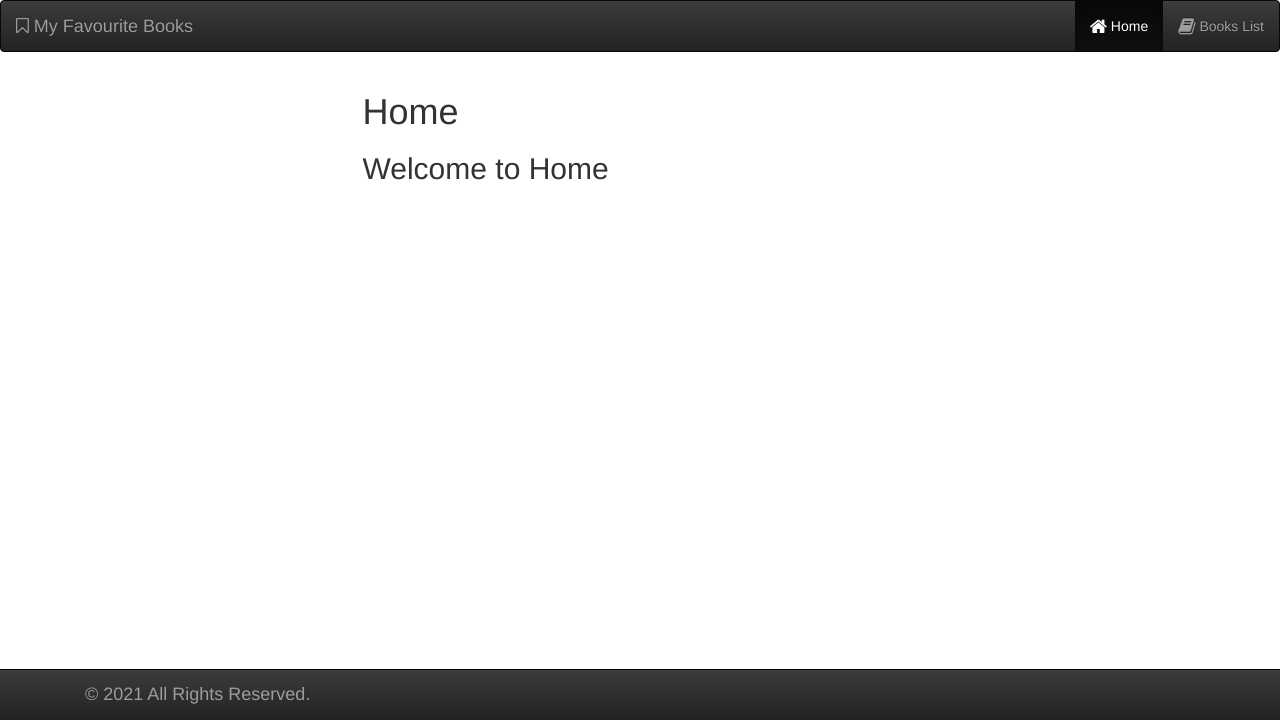
Repository: Ann8002/COMP229-F2021-MidTerm
Page: http://localhost/
An editor plug-in stored every save of this project. The page is shown before and after the next save, followed by the edit.
The browser window is 1280 px wide. The pictures show the whole page.
The page is served by the project's Node server (server.js). Other server files are loaded and not shown.

Above is the page before, as saved 2021-06-21 09:41:12.

### server/views/content/index.ejs
<%- include('../partials/header.ejs'); %>

    <!-- MAIN CONTENT -->
    <div class="container">
      <div class="row">
        <div class="col-md-offset-3 col-md-6">
          <h1><%= title %></h1>
            <h2>Welcome to <%= title %></h2>
        </div>
      </div>
    </div>

<%- include('../partials/footer.ejs'); %>

### server/views/partials/header.ejs
<!DOCTYPE html>
<html lang="en">
  <head>
    <meta charset="utf-8">
    <meta name="viewport" content="width=device-width, initial-scale=1">
    <title><%= title %></title>
    <!-- CSS SECTION -->
    <link rel="stylesheet" href="/Scripts/lib/bootstrap/dist/css/bootstrap.min.css">
    <link rel="stylesheet" href="/Scripts/lib/bootstrap/dist/css/bootstrap-theme.min.css">
    <link rel="stylesheet" href="/Scripts/lib/font-awesome/css/font-awesome.min.css">
    <link rel='stylesheet' href='/Content/app.css' />
  </head>
  <body>

  <nav class="navbar navbar-inverse" role="navigation">
    <!-- Brand and toggle get grouped for better mobile display -->
    <div class="navbar-header">
      <button type="button" class="navbar-toggle" data-toggle="collapse" data-target=".navbar-ex1-collapse">
        <span class="sr-only">Toggle navigation</span>
        <span class="icon-bar"></span>
        <span class="icon-bar"></span>
        <span class="icon-bar"></span>
      </button>
      <a class="navbar-brand" href="/"><i class="fa fa-bookmark-o"></i> My Favourite Books</a>
    </div>

    <!-- Collect the nav links, forms, and other content for toggling -->
    <div class="collapse navbar-collapse navbar-ex1-collapse">
      <ul class="nav navbar-nav navbar-right">
        <% if(title == "Home") { %>
          <li class="active"><a href="/"><i class="fa fa-home fa-lg"></i> Home</a></li>
        <% } else { %>
          <li><a href="/"><i class="fa fa-home fa-lg"></i> Home</a></li>
        <% } %>

          <% if(title == "books") { %>
          <li class="active"><a href="/books"><i class="fa fa-book fa-lg">
          </i> Books List</a></li>
          <% } else { %>
            <li><a href="/books"><i class="fa fa-book fa-lg">
            </i> Books List</a></li>
          <% } %>

      </ul>
    </div><!-- /.navbar-collapse -->
  </nav>

### server/views/partials/footer.ejs

<nav class="navbar navbar-inverse navbar-fixed-bottom">
  <div class="container">
    <h4  class="navbar-text">&copy; 2021 All Rights Reserved.</h4>
  </div>
</nav>



<!-- JAVASCRIPT SECTION -->
    <script src="/Scripts/lib/jquery/dist/jquery.min.js"></script>
    <script src="/Scripts/lib/bootstrap/dist/js/bootstrap.min.js"></script>
    <script src="/Scripts/app.js"></script>
  </body>
</html>

### server.js
let app = require('./server/config/app');
let debug = require('debug')('comp308-w2019-midterm:server');
let http = require('http');

/**
 * Get port from environment and store in Express.
 */

let port = normalizePort(process.env.PORT || '3000');
app.set('port', port);

/**
 * Create HTTP server.
 */

let server = http.createServer(app);

/**
 * Listen on provided port, on all network interfaces.
 */

server.listen(port);
server.on('error', onError);
server.on('listening', onListening);

/**
 * Normalize a port into a number, string, or false.
 */

function normalizePort(val) {
  let port = parseInt(val, 10);

  if (isNaN(port)) {
    // named pipe
    return val;
  }

  if (port >= 0) {
    // port number
    return port;
  }

  return false;
}

/**
 * Event listener for HTTP server "error" event.
 */

function onError(error) {
  if (error.syscall !== 'listen') {
    throw error;
  }

  let bind = typeof port === 'string'
    ? 'Pipe ' + port
    : 'Port ' + port;

  // handle specific listen errors with friendly messages
  switch (error.code) {
    case 'EACCES':
      console.error(bind + ' requires elevated privileges');
      process.exit(1);
      break;
    case 'EADDRINUSE':
      console.error(bind + ' is already in use');
      process.exit(1);
      break;
    default:
      throw error;
  }
}

/**
 * Event listener for HTTP server "listening" event.
 */

function onListening() {
  let addr = server.address();
  let bind = typeof addr === 'string'
    ? 'pipe ' + addr
    : 'port ' + addr.port;
  debug('Listening on ' + bind);
}

### client/Scripts/app.js
/* custom JS goes here */

/* pagination code from http://www.bootply.com/lxa0FF9yhw */
$.fn.pageMe = function(opts){
    var $this = this,
        defaults = {
            perPage: 7,
            showPrevNext: false,
            hidePageNumbers: false
        },
        settings = $.extend(defaults, opts);

    var listElement = $this;
    var perPage = settings.perPage;
    var children = listElement.children();
    var pager = $('.pager');

    if (typeof settings.childSelector!="undefined") {
        children = listElement.find(settings.childSelector);
    }

    if (typeof settings.pagerSelector!="undefined") {
        pager = $(settings.pagerSelector);
    }

    var numItems = children.size();
    var numPages = Math.ceil(numItems/perPage);

    pager.data("curr",0);

    if (settings.showPrevNext){
        $('<li><a href="#" class="prev_link">«</a></li>').appendTo(pager);
    }

    var curr = 0;
    while(numPages > curr && (settings.hidePageNumbers==false)){
        $('<li><a href="#" class="page_link">'+(curr+1)+'</a></li>').appendTo(pager);
        curr++;
    }

    if (settings.showPrevNext){
        $('<li><a href="#" class="next_link">»</a></li>').appendTo(pager);
    }

    pager.find('.page_link:first').addClass('active');
    pager.find('.prev_link').hide();
    if (numPages<=1) {
        pager.find('.next_link').hide();
    }
  	pager.children().eq(1).addClass("active");

    children.hide();
    children.slice(0, perPage).show();

    pager.find('li .page_link').click(function(){
        var clickedPage = $(this).html().valueOf()-1;
        goTo(clickedPage,perPage);
        return false;
    });
    pager.find('li .prev_link').click(function(){
        previous();
        return false;
    });
    pager.find('li .next_link').click(function(){
        next();
        return false;
    });

    function previous(){
        var goToPage = parseInt(pager.data("curr")) - 1;
        goTo(goToPage);
    }

    function next(){
        goToPage = parseInt(pager.data("curr")) + 1;
        goTo(goToPage);
    }

    function goTo(page){
        var startAt = page * perPage,
            endOn = startAt + perPage;

        children.css('display','none').slice(startAt, endOn).show();

        if (page>=1) {
            pager.find('.prev_link').show();
        }
        else {
            pager.find('.prev_link').hide();
        }

        if (page<(numPages-1)) {
            pager.find('.next_link').show();
        }
        else {
            pager.find('.next_link').hide();
        }

        pager.data("curr",page);
      	pager.children().removeClass("active");
        pager.children().eq(page+1).addClass("active");

    }
};

// IIFE
(function(){
  $(".btn-danger").click(function(event){
    if(!confirm("Are you sure?")) {
      event.preventDefault();
      window.location.assign("/games");
    }
  });

 /* pagination code */
  $('#myTable').pageMe(
    {pagerSelector:'#myPager',showPrevNext:true,hidePageNumbers:false,perPage:6}
    );
})();

Loaded but not shown: server/routes/index.js (common file); client/Scripts/lib/bootstrap/dist/css/bootstrap.min.css (library); client/Scripts/lib/bootstrap/dist/css/bootstrap-theme.min.css (library); client/Scripts/lib/font-awesome/css/font-awesome.min.css (library); client/Content/app.css (common file); client/Scripts/lib/jquery/dist/jquery.min.js (library); client/Scripts/lib/bootstrap/dist/js/bootstrap.min.js (library)

After the next save:
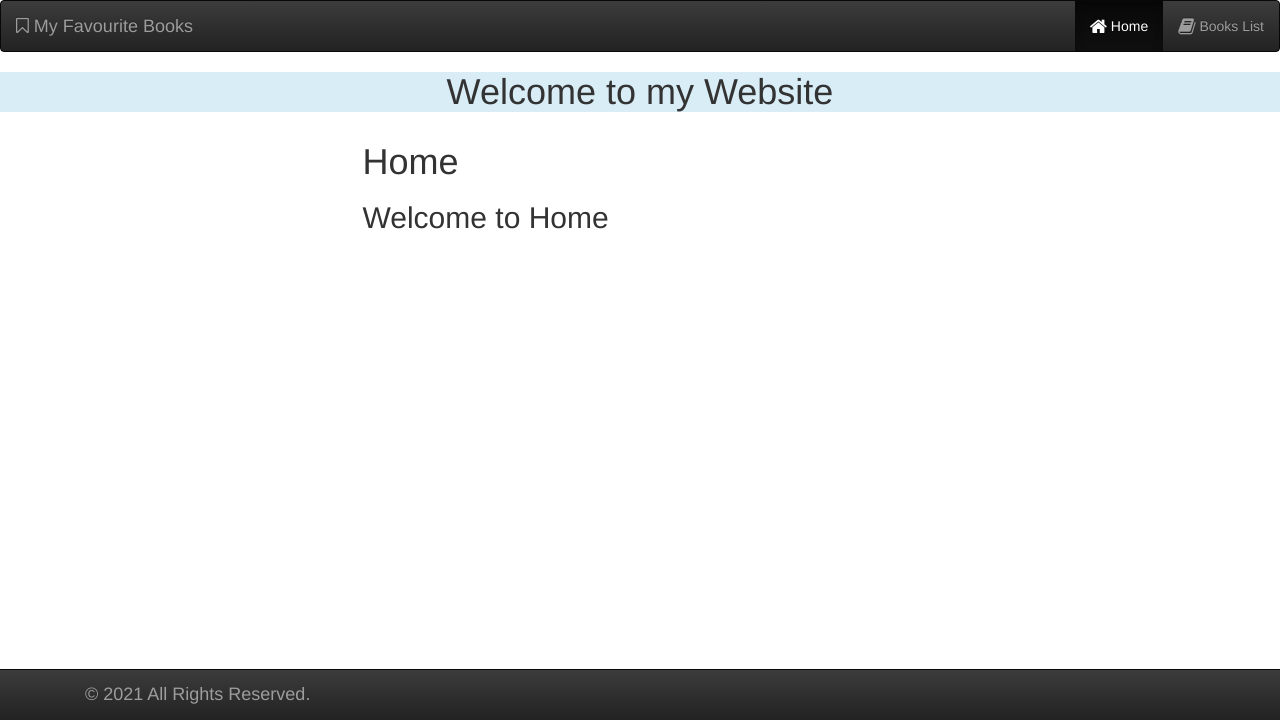
Saved 127 days later.
--- a/server/views/content/index.ejs
+++ b/server/views/content/index.ejs
@@ -1,6 +1,9 @@
 <%- include('../partials/header.ejs'); %>
 
     <!-- MAIN CONTENT -->
+
+     <div class="p-3 mb-2 bg-info text-center"><h1>Welcome to my Website</h1></div>
+
     <div class="container">
       <div class="row">
         <div class="col-md-offset-3 col-md-6">
